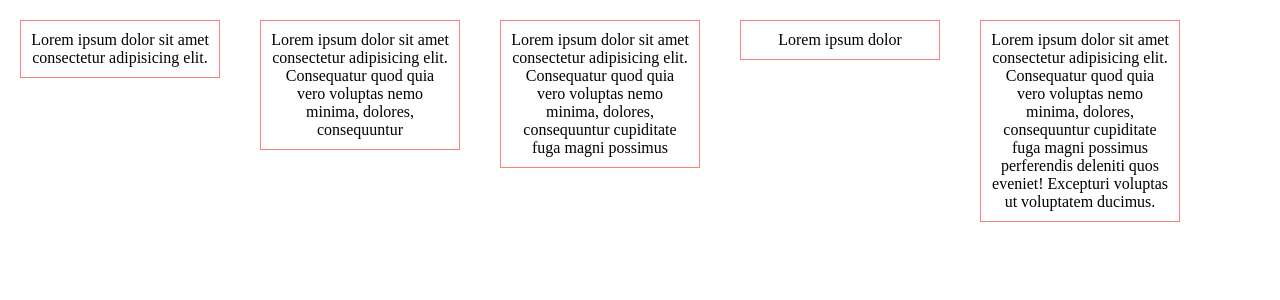
Repository: dinhconglam2306/frontend_tu_xa
Page: B07/Exercise-box-height/01-me/index.html
The author's editor kept a copy of each file at every save. The page is drawn from the files as they stood at one save, then again after the next save.
The browser window is 1280 px wide. The pictures show the whole page.

Above is the page before, as saved 2021-04-14 21:11:26.

### B07/Exercise-box-height/01-me/index.html
<!DOCTYPE html>
<html lang="en">
  <head>
    <meta charset="UTF-8" />
    <meta http-equiv="X-UA-Compatible" content="IE=edge" />
    <meta name="viewport" content="width=device-width, initial-scale=1.0" />
    <title>Document</title>
    <link rel="stylesheet" href="css/style.css" />
    <script type="text/javascript" src="js/main.js"></script>
  </head>
  <body>
    <div class="container">
      <div class="box">
        Lorem ipsum dolor sit amet consectetur adipisicing elit.
      </div>
      <div class="box">
        Lorem ipsum dolor sit amet consectetur adipisicing elit. Consequatur
        quod quia vero voluptas nemo minima, dolores, consequuntur
      </div>
      <div class="box">
        Lorem ipsum dolor sit amet consectetur adipisicing elit. Consequatur
        quod quia vero voluptas nemo minima, dolores, consequuntur cupiditate
        fuga magni possimus
      </div>
      <div class="box">Lorem ipsum dolor</div>
      <div class="box">
        Lorem ipsum dolor sit amet consectetur adipisicing elit. Consequatur
        quod quia vero voluptas nemo minima, dolores, consequuntur cupiditate
        fuga magni possimus perferendis deleniti quos eveniet! Excepturi
        voluptas ut voluptatem ducimus.
      </div>
    </div>
  </body>
</html>

### B07/Exercise-box-height/01-me/css/style.css
* {
  padding: 0;
  margin: 0;
  box-sizing: border-box;
}
.box {
  width: 200px;
  border: 1px solid salmon;
  padding: 10px;
  text-align: center;
  float: left;
  margin: 20px;
}

### B07/Exercise-box-height/01-me/js/main.js
var box = document.getElementsByClassName("box");

for (let i = 0; i <= box.length; i++) {
  console.log(box.offsetHeight);
}

After the next save:
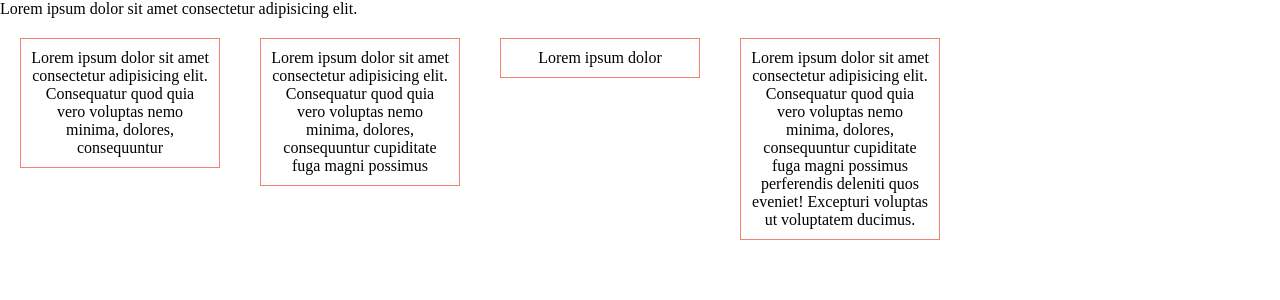
Saved 2 min 6 s later.
--- a/B07/Exercise-box-height/01-me/index.html
+++ b/B07/Exercise-box-height/01-me/index.html
@@ -10,7 +10,7 @@
   </head>
   <body>
     <div class="container">
-      <div class="box">
+      <div class="box1">
         Lorem ipsum dolor sit amet consectetur adipisicing elit.
       </div>
       <div class="box">

After the 5 saves that followed:
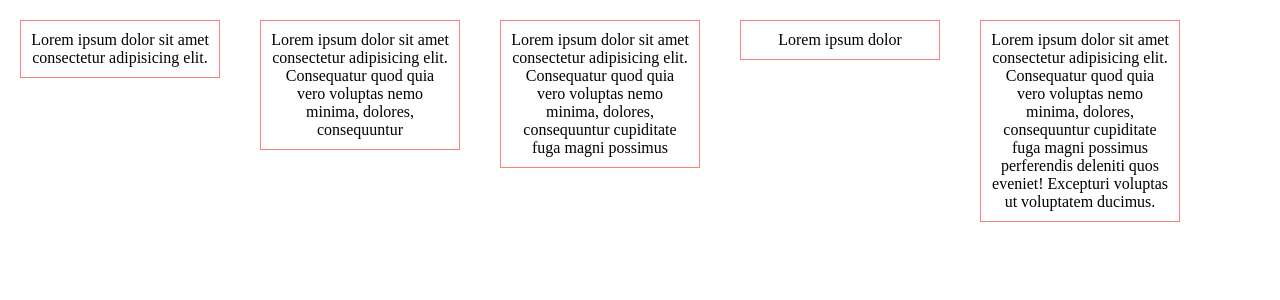
The 5 saves are shown as one change because 3 left the picture as it was and some came seconds apart.
The last was saved 91 s later.
--- a/B07/Exercise-box-height/01-me/index.html
+++ b/B07/Exercise-box-height/01-me/index.html
@@ -6,11 +6,10 @@
     <meta name="viewport" content="width=device-width, initial-scale=1.0" />
     <title>Document</title>
     <link rel="stylesheet" href="css/style.css" />
-    <script type="text/javascript" src="js/main.js"></script>
   </head>
   <body>
     <div class="container">
-      <div class="box1">
+      <div class="box">
         Lorem ipsum dolor sit amet consectetur adipisicing elit.
       </div>
       <div class="box">
@@ -30,5 +29,6 @@
         voluptas ut voluptatem ducimus.
       </div>
     </div>
+    <script type="text/javascript" src="js/main.js"></script>
   </body>
 </html>
--- a/B07/Exercise-box-height/01-me/js/main.js
+++ b/B07/Exercise-box-height/01-me/js/main.js
@@ -1,5 +1,3 @@
-var box = document.getElementsByClassName("box");
+var box1 = document.getElementsByClassName("box1");
 
-for (let i = 0; i <= box.length; i++) {
-  console.log(box.offsetHeight);
-}
+console.log(box1);
